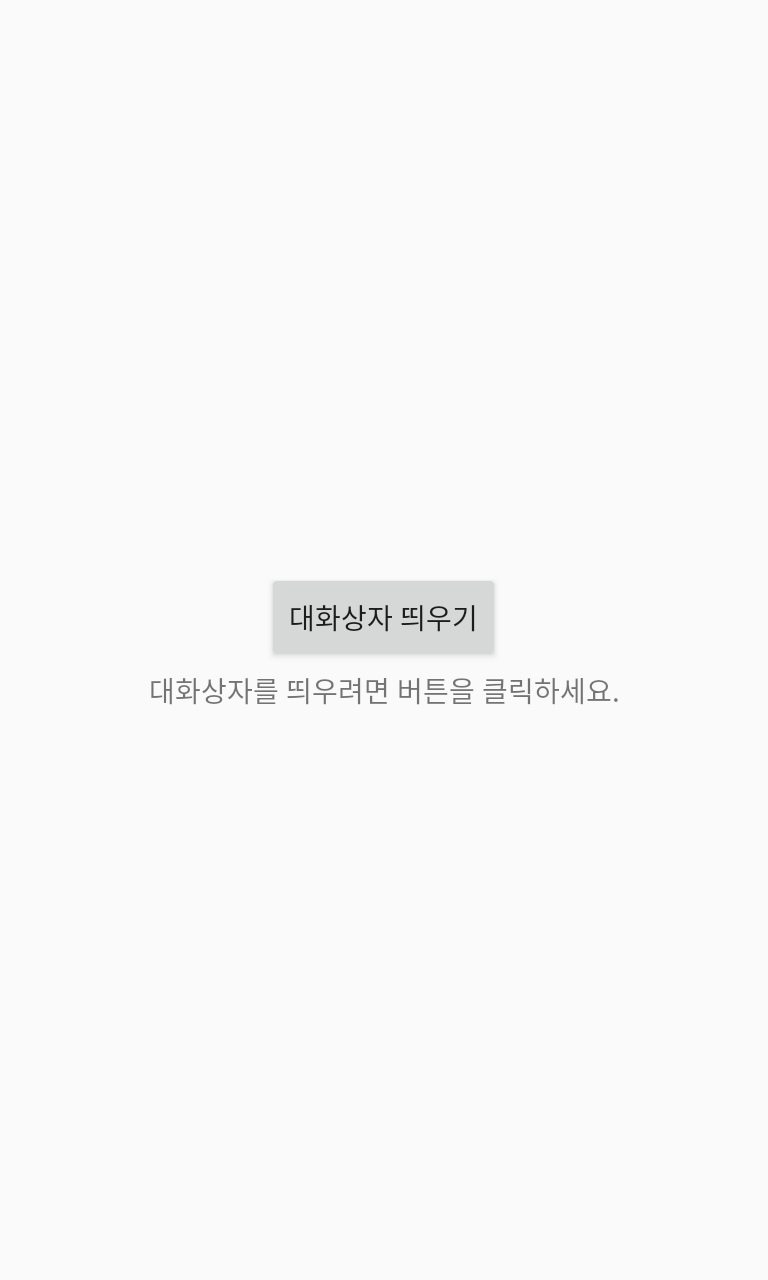
Repository: tae-jun/android
Layout: i1024_Dialog/res/layout/activity_main.xml
These files come from the project's save history. The layout is drawn as it stood at one moment and after the next save; the edit follows.
It is drawn on a 768 x 1280 px phone screen (xhdpi) without system bars, with theme AppTheme; the app's code is not run.

Above is the layout before, as saved 2014-10-24 03:19:29.

After the next save:
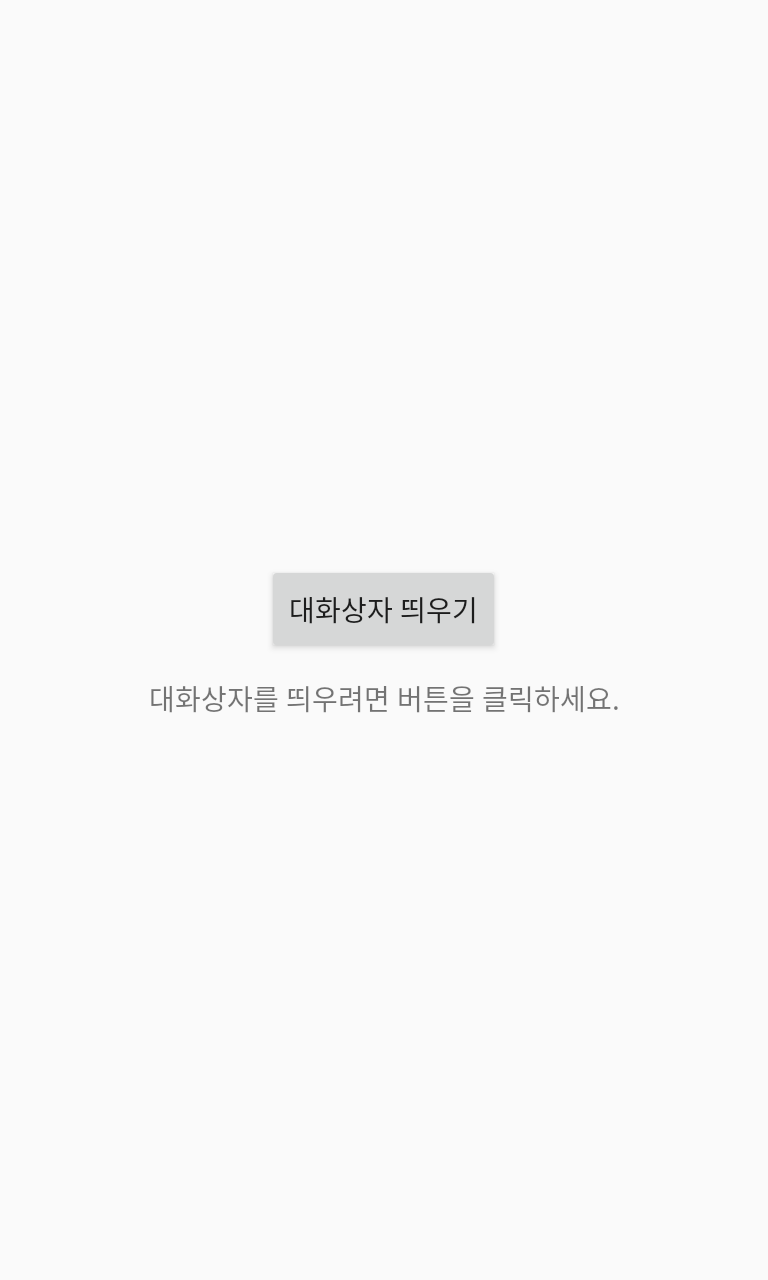
Saved 13 s later.
--- a/i1024_Dialog/res/layout/activity_main.xml
+++ b/i1024_Dialog/res/layout/activity_main.xml
@@ -17,7 +17,7 @@
         android:layout_width="match_parent"
         android:layout_height="wrap_content"
         android:gravity="center"
-        android:paddingTop="2dp"
+        android:paddingTop="10dp"
         android:text="대화상자를 띄우려면 버튼을 클릭하세요." />
 
 </LinearLayout>
